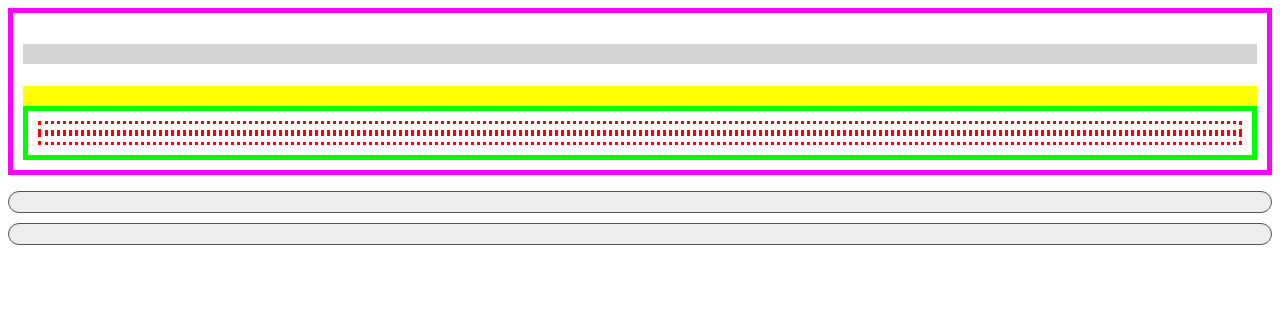
Repository: ssummini/Web
Page: jQuery/src/main/webapp/01_helloJQuery/exam05.html
These files come from the project's save history. The page is drawn as it stood at one moment and after a run of saves; the edit follows.
The browser window is 1280 px wide. The pictures show the whole page.

Above is the page before, as saved 2024-08-22 05:20:25.
Console error: SyntaxError: Unexpected token '{'

After the next 2 saves:
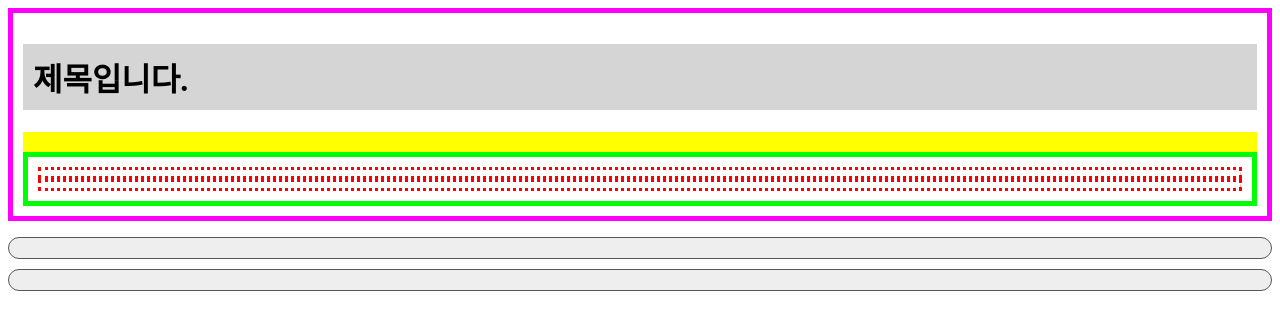
The error is gone.
The 2 saves are shown as one change because they came seconds apart.
The last was saved 12 s later.
--- a/jQuery/src/main/webapp/01_helloJQuery/exam05.html
+++ b/jQuery/src/main/webapp/01_helloJQuery/exam05.html
@@ -68,9 +68,9 @@ $(function () {
 	$("#title").text('두 번째 항목')
 	$('h1[id="title"]').html('두 번째 항목')
 
-	${'div#container #title'}.html('제목입니다.')
+	$('div#container #title').html('제목입니다.')
 
-	$('div#container > div.box').html('안녕하세요')
+
 });
 
 </script>
